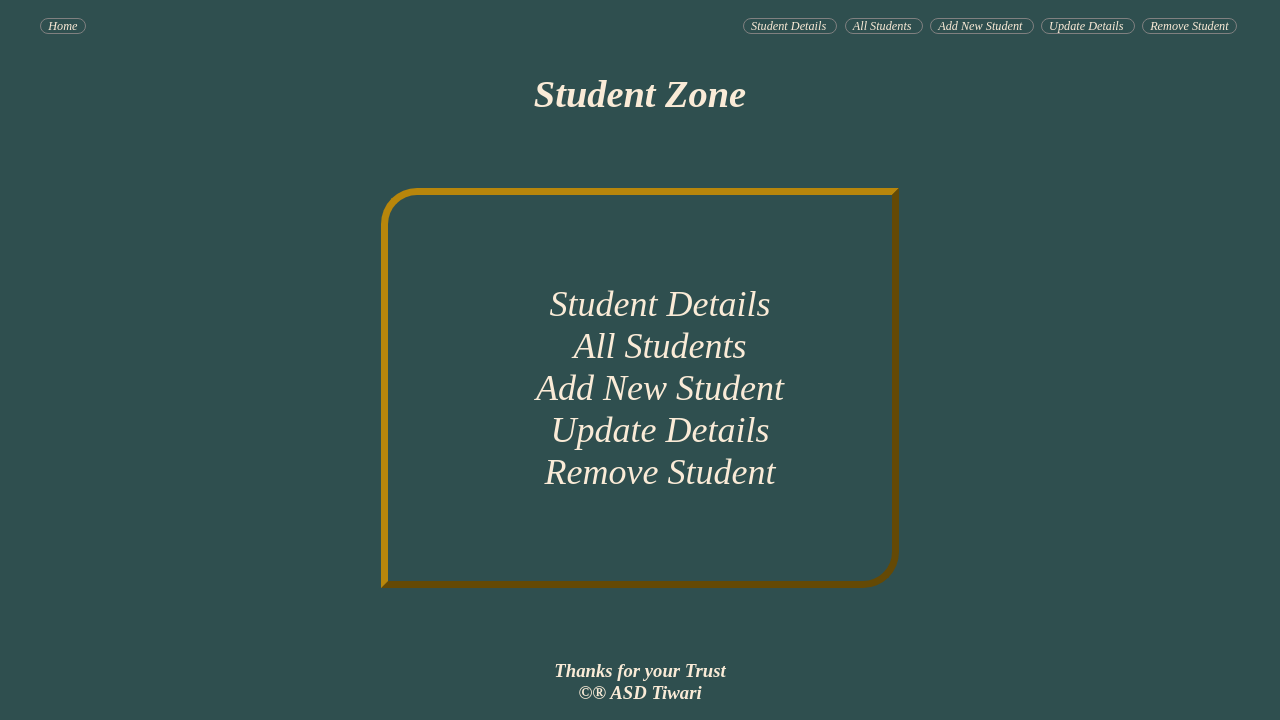
Repository: asdtiwari/Practice
Page: http://localhost/index
An editor plug-in stored every save of this project. The page is shown before and after the next save, followed by the edit.
The browser window is 1280 px wide. The pictures show the whole page.
The page is this project's Thymeleaf template; nobody is signed in. The template is opened directly, without the code that normally fills it, so the values that code supplies are empty.

Above is the page before, as saved 2023-11-17 12:15:13.

### DiwaliProjectSTS/studentZone/src/main/resources/templates/index.html
<!DOCTYPE html>
<html lang="en">
    <head>
        <meta charset="UTF-8">
        <meta name="viewport" content="width-device-width, initial-scale=1.0">

        <title>Home: Student Zone</title>

        <style>
            .body{
                background-color: darkslategrey;
                color: antiquewhite;
                font-family: cursive;
                font-style: oblique;
            }

            .a{
                text-decoration: none;
                color: antiquewhite;
            }

            .nav{
                position: fixed;
                top: 0vh;
                right: 5vh;
                text-align: right;
            }

            .home{
                position: fixed;
                top: 0vh;
                text-align: left;
                left: 0vh;
            }

            .nav_li{
                display: inline;
                border: solid 0.1vh grey;
                border-radius: 5vh;
                margin-right: 1vh;
                padding-left: 1vh;
                padding-right: 1vh;
                padding-top: 0vh;
                font-size: 1.7vh;
            }

            .nav_li:hover{
                background-color: darkgoldenrod;
                border: solid 0.5vh whitesmoke;
                font-size: 110%
            }

            .nav_a:hover{
                color: black;
            }

            .header{
                margin-top: 10vh;
            }

            .header:hover{
                color: darkgoldenrod;
            }

            .form{
                border: outset 1vh darkgoldenrod;
                border-top-left-radius: 5vh;
                border-bottom-right-radius: 5vh;
                width: 50vh;
                margin-top: 10vh;
                margin-bottom: 10vh;
                padding: 10vh;
            }

            .form:hover{
                border-style: inset;
            }

            .ul{
                list-style-type: none;
            }

            .menu{
                font-size: 5vh;
			}

            .menu:hover{
                border: solid 0.4vh whitesmoke;
                border-radius: 5vh;
                background-color: darkgoldenrod;
                width: 50%;
                padding-left: 5vh;
                padding-right: 5vh;
            }

            .footer{
                bottom: 0px;
                width: 100%;
                text-align: center;
            }

            .footer:hover{
                color: darkgoldenrod;
            }
        </style>
    </head>

    <body class="body">
        <ul class="home">
            <li class="nav_li"> <a class="nav_a a" href="/student/index" method="get"> Home </a> </li>
        </ul>

        <ul class="nav">
			<li class="nav_li"> <a class="nav_a a" href="/student/viewInfo" method="get" > Student Details </a> </li>
			<li class="nav_li"> <a class="nav_a a" href="/student/showAllInfo" method="get"> All Students </a> </li>
			<li class="nav_li"> <a class="nav_a a" href="/student/register" method="get"> Add New Student </a> </li>
			<li class="nav_li"> <a class="nav_a a" href="/student/update" method="get"> Update Details </a> </li>
			<li class="nav_li"> <a class="nav_a a" href="/student/remove" method="get"> Remove Student </a> </li>
		</ul>

        <center> <big> <h1 class="header"> Student Zone </h1> </big> </center>

        <center>
            <form class="form">
                <ul class="ul">
                    <li> <a class="menu a" href="/student/viewInfo" method="get"> Student Details </a> </li>
                    <li> <a class="menu a" href="/student/showAllInfo" method="get"> All Students </a> </li>
                    <li> <a class="menu a" href="/student/register" method="get"> Add New Student </a> </li>
                    <li> <a class="menu a" href="/student/update" method="get"> Update Details </a> </li>
                    <li> <a class="menu a" href="/student/remove" method="get"> Remove Student </a> </li>
                </ul>
            </form>
        </center>

        <h3 class = "footer"> Thanks for your Trust <br> <a class="a nav_a" href="https://in.linkedin.com/in/asdtiwari/"> ©® ASD Tiwari </a> </h3>
    </body>
</html>

After the next save:
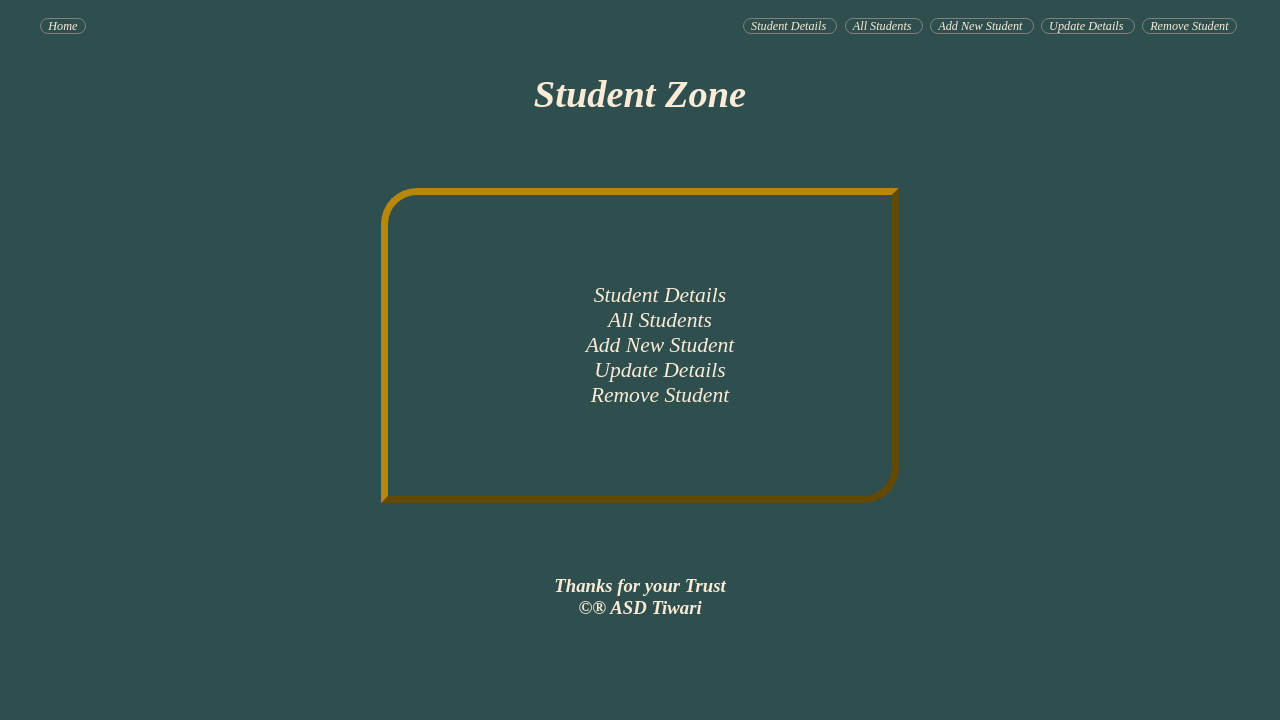
Saved 11 s later.
--- a/DiwaliProjectSTS/studentZone/src/main/resources/templates/index.html
+++ b/DiwaliProjectSTS/studentZone/src/main/resources/templates/index.html
@@ -81,7 +81,7 @@
             }
 
             .menu{
-                font-size: 5vh;
+                font-size: 3vh;
 			}
 
             .menu:hover{
